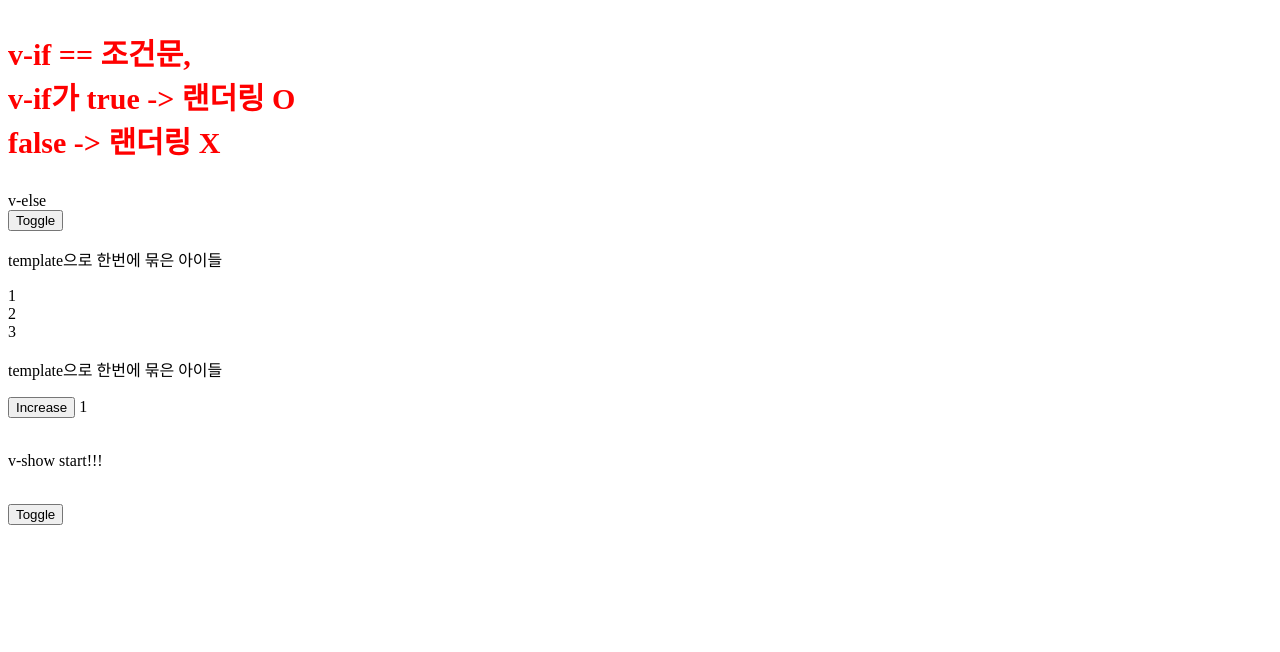
Repository: RyuGeunHwan/code_J
Page: Vuejs/22-08-10 vuejs v-if and v-show.html
These files come from the project's save history. The page is drawn as it stood at one moment and after the next save; the edit follows.
The browser window is 1280 px wide. The pictures show the whole page.

Above is the page before, as saved 2022-08-10 09:51:56.

### Vuejs/22-08-10 vuejs v-if and v-show.html
<!DOCTYPE html>
<html lang="en">
<head>
    <meta charset="UTF-8">
    <meta http-equiv="X-UA-Compatible" content="IE=edge">
    <meta name="viewport" content="width=device-width, initial-scale=1.0">
    <title>v-if & v-show</title>
    <script src="https://cdn.jsdelivr.net/npm/vue/dist/vue.js"></script>
</head>
<body>
    <div id="app">
        <p :style="styleObject">v-if == 조건문, <br> v-if가 true -> 랜더링 O <br> false -> 랜더링 X</p>

        <div v-if="show">v-if => true</div>
        <div v-else>v-else</div>
        <button @click="toggleShow">Toggle</button>

        <!-- 여러개의 태그를 한번에 없애고 나타나게 하는 방법 -->
        <template v-if="number === 1">
        <p>template으로 한번에 묶은 아이들</p>
        <div>1</div>
        <div>2</div>
        <div>3</div>
        <p>template으로 한번에 묶은 아이들</p>
        </template>
        <!-- 여러개의 태그를 한번에 없애고 나타나게 하는 방법 -->
        <div v-else-if="number === 2">number 2</div>
        <div v-else>No</div>
        <button @click="increaseNumber">Increase</button> {{number}}





        <br>
        <br>
        <p>v-show start!!!</p>
        <div v-show="show">Yes</div>
        <br>
        <button @click="toggle">Toggle</button>
    </div>
    <script>
        new Vue({
            el: '#app',
            data:{
                show: false,
                number: 1,
                styleObject:{
                    fontSize: '30px',
                    color: 'red',
                    fontWeight: 'bold'
                }
            },
            methods:{
                toggleShow(){
                    this.show = !this.show;
                    // !this.show 와 false의 차이점
                    // 1. !this.show는 다시 로드 됨.
                    // 2. false는 값이 변경되어서 값이 false로 고정되어있음.
                },

                increaseNumber(){
                    this.number++;
                },
                toggle(){
                    this.show = !this.show;
                },
            }
        })
    </script>
</body>
</html>

After the next save:
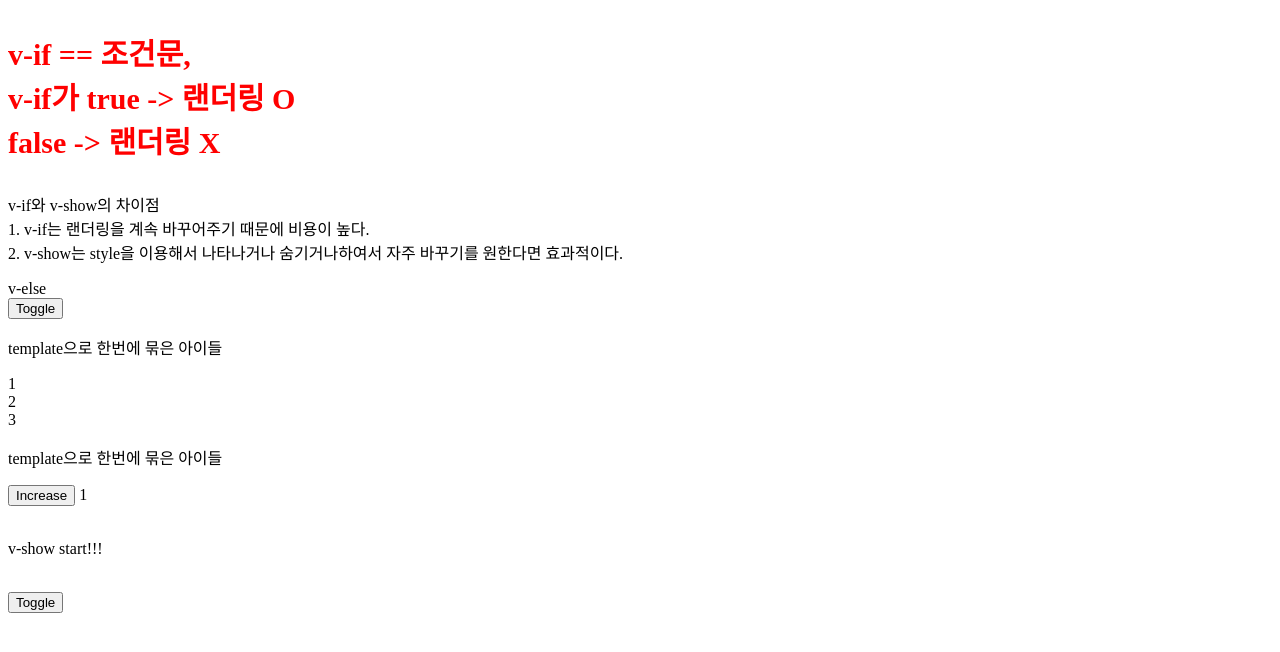
Saved 5 min 32 s later.
--- a/Vuejs/22-08-10 vuejs v-if and v-show.html
+++ b/Vuejs/22-08-10 vuejs v-if and v-show.html
@@ -10,6 +10,10 @@
 <body>
     <div id="app">
         <p :style="styleObject">v-if == 조건문, <br> v-if가 true -> 랜더링 O <br> false -> 랜더링 X</p>
+        <p>v-if와 v-show의 차이점 <br>
+            1. v-if는 랜더링을 계속 바꾸어주기 때문에 비용이 높다. <br>
+            2. v-show는 style을 이용해서 나타나거나 숨기거나하여서 자주 바꾸기를 원한다면 효과적이다.
+        </p>
 
         <div v-if="show">v-if => true</div>
         <div v-else>v-else</div>
